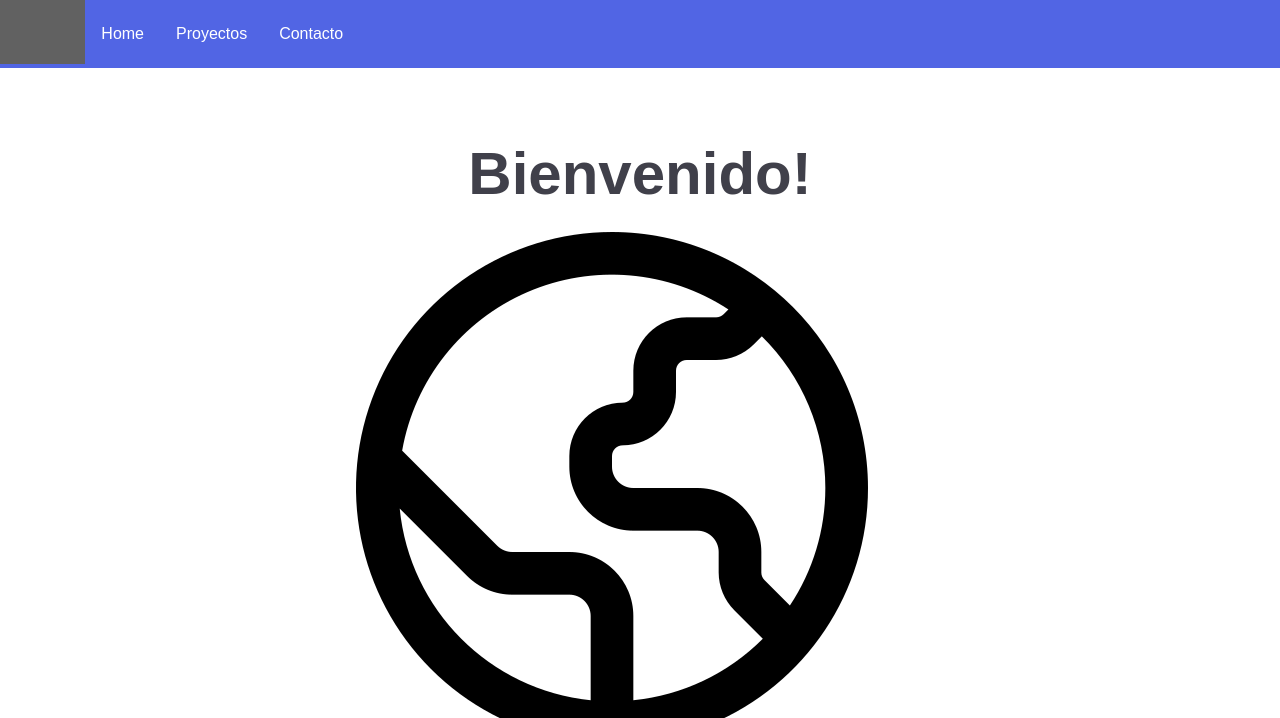
Repository: robsonmarkes/accesibilidad
Page: index.html
These files come from the project's save history. The page is drawn as it stood at one moment and after the next save; the edit follows.
The browser window is 1280 px wide. The pictures show the part of the page from y = 0 to 718 px (the page is 3310 px tall before and 2946 px after).
Pictures or frames that could not be fetched are drawn as grey boxes. A picture or video elsewhere on the page could not be fetched, so the positions and the page height are approximate.

Above is the page before, as saved 2022-10-13 10:33:43.

### index.html
<!DOCTYPE html>
<html lang="en">
<head>
    <meta charset="UTF-8">
    <meta http-equiv="X-UA-Compatible" content="IE=edge">
    <meta name="viewport" content="width=device-width, initial-scale=1.0">
    <title>Mi empresa portal</title>
    <link rel="stylesheet" href="style.css">
    <link rel="stylesheet" href="slides.css">
</head>
<body>
    <!-- wrong way -->
    <div class="wrap">
        <div class="header">
            <a href="http://google.com" class="logo">
                <img src="https://www.pngarts.com/files/3/Logo-PNG-Transparent-Image.png" alt="" srcset="">
            </a>
            <ul>
                <li>
                    <a href="#" target="_blank" rel="noopener noreferrer">Home</a>
                </li>
                <li>
                    <a href="#" target="_blank" rel="noopener noreferrer">Proyectos</a>
                </li>
                <li>
                    <a href="#" target="_blank" rel="noopener noreferrer">Contacto</a>
                </li>
            </ul>
        </div>
        <div class="content">
            <div class="article">
                <h1>Bienvenido!</h1>
                <img class="decorative-image" src="assets/world.png"/>
                <p>
                    Lorem Ipsum es simplemente el texto de relleno de las imprentas y archivos de texto. Lorem Ipsum ha sido el texto de relleno estándar de las industrias desde el año 1500, cuando un impresor (N. del T. persona que se dedica a la imprenta) desconocido usó una galería de textos y los mezcló de tal manera que logró hacer un libro de textos especimen. No sólo sobrevivió 500 años, sino que tambien ingresó como texto de relleno en documentos electrónicos, quedando esencialmente igual al original. Fue popularizado en los 60s con la creación de las hojas "Letraset", las cuales contenian pasajes de Lorem Ipsum, y más recientemente con software de autoedición, como por ejemplo Aldus PageMaker, el cual incluye versiones de Lorem Ipsum.
                </p>
                <div class="buttons">
                    <button class="primary">Empezar!</button>
                    <button class="secondary">Contacto</button>
                </div>
            </div>
            <hr />
            <div class="article">
                <div>
                    <h1>Nuestra empresa</h1>
                    <p>
                        Es un hecho establecido hace demasiado tiempo que un lector se distraerá con el contenido del texto de un sitio mientras que mira su diseño. El punto de usar Lorem Ipsum es que tiene una distribución más o menos normal de las letras, al contrario de usar textos como por ejemplo "Contenido aquí, contenido aquí". Estos textos hacen parecerlo un español que se puede leer. Muchos paquetes de autoedición y editores de páginas web usan el Lorem Ipsum como su texto por defecto, y al hacer una búsqueda de "Lorem Ipsum" va a dar por resultado muchos sitios web que usan este texto si se encuentran en estado de desarrollo. Muchas versiones han evolucionado a través de los años, algunas veces por accidente, otras veces a propósito (por ejemplo insertándole humor y cosas por el estilo).
                    </p>
                </div>
                <img src="https://cdn-dynmedia-1.microsoft.com/is/image/microsoftcorp/O2019-Hero-image-x2:VP1-539x440?resMode=sharp2&op_usm=1.5,0.65,15,0&wid=1920&hei=720&qlt=75&fit=constrain" alt="Empleados mirando sus nuevos proyectos">
            </div>
            <hr />

            <div class="article" id="projects">
                <div>
                    <h1>Proyectos</h1>
                    <p>
                        Mira algunos de nuestros proyectos!
                    </p>
                    <section class="slider-wrapper">
                        <button class="slide-arrow" id="slide-arrow-prev">
                          &#8249;
                        </button>
                        <button class="slide-arrow" id="slide-arrow-next">
                          &#8250;
                        </button>
                        <ul class="slides-container" id="slides-container">
                          <li class="slide">
                            <img src="https://www.unir.net/wp-content/uploads/2021/02/Pro1.jpg" alt="">
                          </li>
                          <li class="slide">
                            <img src="https://gerens.pe/blog/wp-content/uploads/2018/08/gestion-de-proyecto.jpg" alt="">
                          </li>
                          <li class="slide">
                            <img src="https://www.il3.ub.edu/blog/wp-content/uploads/2021/10/iStock-1279738776.jpg" alt="">
                          </li>
                          <li class="slide">
                            <img src="https://www.obsbusiness.school/sites/obsbusiness.school/files/images/tipos%20de%20proyectos-min_0.jpg" alt="">
                          </li>
                        </ul>
                      </section>
                </div>

            </div>
            <hr />

            <div class="article">
                <h1>¡Escribanos!</h1>
                <p>
                    Al contrario del pensamiento popular, el texto de Lorem Ipsum no es simplemente texto aleatorio..
                </p>
                <form action="">
                    <fieldset>
                        <legend>En formulário de ejemplo</legend>
                        <div class="form-group">
                            <label for="name">nombre:</label>
                            <input type="text" name="name" id="name" placeholder="Escriba su nombre">
                            <span class="validator hidden" id="validate-name"></span>
                        </div>
                        <div class="form-group">
                            <label for="email">correo:</label>
                            <input type="text" name="email" id="email" placeholder="Escriba su correo">
                            <span class="validator hidden" id="validate-email"></span>
                        </div>
                        <div class="form-group">
                            <label for="message">mensaje:</label>
                            <textarea name="message" id="message" cols="30" rows="10" placeholder="Escriba su mensaje"></textarea>
                            <span class="validator hidden" id="validate-message"></span>
                        </div>
                        <button id="send-message" disabled>Enviar!</button>
                    </fieldset>
                </form>
            </div>
        </div>
        <div class="footer">
            <span>Navegación rápida</span>
            <ul>
                <li>
                    <a href="#" target="_blank" rel="noopener noreferrer">Home</a>
                </li>
                <li>
                    <a href="#" target="_blank" rel="noopener noreferrer">Sobre</a>
                </li>
                <li>
                    <a href="#" target="_blank" rel="noopener noreferrer">Proyectos</a>
                </li>
                <li>
                    <a href="#" target="_blank" rel="noopener noreferrer">Contacto</a>
                </li>
            </ul>
        </div>

        <div class="background-modal close-modal" id="background-modal"></div>
        <div class="modal close-modal" id="modal">
            <span class="close-btn" id="close-btn">x</span>
            <h2 class="title">Estas seguro que quieres enviar?</h2>
            <span class="text">La acción no puede ser deshecha.</span>
            <div class="buttons">
                <button id="close-btn">¡Si!</button>
                <button id="close-btn">¡No!</button>
            </div>
        </div>

    </div>
</body>
<script src="scripts.js"></script>
</html>

### style.css
:root {
    --primary-bg: rgb(81, 101, 228);
    --primary-color: #ffffff;
    --secondary-bg: #ffffff;
    --secondary-color: rgb(64, 64, 74);
    --body-bg: rgb(64, 64, 74);
    --transition-time: 0.2s;
  }

body, * {
    margin: 0;
    padding: 0;
    list-style-type: none;
    text-decoration: none;
    font-family:Arial, Helvetica, sans-serif;
    color: var(--secondary-color);
    box-sizing: border-box;
}

body a:hover {
    color: var(--primary-color);
}

.wrap {
    width: 100%;
    height: auto;
    margin: 0 auto;

}

.wrap .header {
    display: flex;
    align-items: center;
    background-color: var(--primary-bg);
}

.wrap .header  img {
    filter: invert(100%);
    height: 64px;
}

.wrap .header ul {
    display: flex;
}
.wrap .header ul li {
    padding: 1rem;
}
.wrap .header a {
    color: var(--primary-color);
}

.wrap .content {
    width: 100%;
    min-width: 400px;
    margin: 0;
}

.wrap .content hr {
    color: var(--body-bg);
    opacity: 0.2;
}

.wrap .content .article {
    margin: 0 auto;
    padding: 64px 0 48px;
    max-width: 600px;
    line-height: 1.4;
}

.wrap .content .article h1, h2, h3 {
    font-size: 3.75rem;
    padding-bottom: 0.35;
    text-align: center;
}

.wrap .content .article p {
    font-size: 1rem;
    text-align: center;
    padding: 0 1rem 1rem;
}

.wrap .content .article img {
    margin: 0 auto;
    max-width: 100%;
    padding: 1rem;
}

.wrap .content .article .buttons {
    max-width: 220px;
    margin: 0 auto;
    display: flex;
}

.wrap .content .article .buttons button {
    font-size: 1rem;
    padding: 0.5rem 1rem;
    margin: 4px;
    border: 2px solid;
    border-radius: 4px;
    cursor: pointer;
    background-color: transparent;
}

.wrap .content .article .buttons button.primary {
    background-color: var(--primary-color);
    color: var(--primary-bg);
    transition: var(--transition-time) background-color;
}

.wrap .content .article .buttons button.primary:hover {
    background-color: var(--primary-bg);
    color: var(--primary-color);
    border-color: var(--primary-bg);
}

.wrap .content .article .buttons button.secondary {
    background-color: var(--secondary-color);
    color: var(--secondary-bg);
    border-color: var(--secondary-color);
    transition: var(--transition-time) background-color;
}

.wrap .content .article .buttons button.secondary:hover {
    background-color: var(--secondary-bg);
    color: var(--secondary-color);
    border-color: var(--secondary-color);
}

.wrap .content .article form {
    width: 100%;
    margin: 0 auto;
}

.wrap .content .article form fieldset {
    display: flex;
    flex-direction: column;
    align-items: center;
    border-color: transparent;
}

.wrap .content .article form fieldset legend {
    opacity: 0;
    font-size: 0px;
}

.wrap .content .article form .form-group {
    width: 100%;
    display: block;
}

.wrap .content .article form .form-group label {
    opacity: 0;
    font-size: 0px;
}

.wrap .content .article form .form-group input, .wrap .content .article form .form-group textarea {
    font-size: 1rem;
    padding: 0.8rem 1rem;
    margin: 0.5rem;
    border: 2px solid #ddd;
    border-radius: 6px;
    width: 90%;
}

.wrap .content .article form fieldset button {
    font-size: 1rem;
    width: 160px;
    margin: 0 auto;
    padding: 0.5rem 1rem;
    margin: 4px;
    border: 2px solid;
    border-radius: 4px;
    cursor: pointer;
    background-color: var(--primary-color);
    color: var(--primary-bg);
    transition: var(--transition-time) background-color;
}

.wrap .content .article form fieldset button:hover {
    background-color: var(--primary-bg);
    color: var(--primary-color);
    border-color: var(--primary-bg);
}

.wrap .content .article form fieldset button[disabled] {
    background: rgb(184, 181, 181);
    color: rgb(102, 100, 100);
}

.wrap .content .article form fieldset .validator {
    font-size: 0.8rem;
    margin-left: 1rem;
    color: red;
}

.wrap .content .article form fieldset .hidden {
    display: none;
}


.wrap .footer {
    display: flex;
    flex-direction: column;
    align-items: center;
    padding: 1rem;
    background-color: var(--primary-bg);
}

.wrap .footer span {
    color: var(--primary-color);
    font-size: small;
    padding-bottom: 1rem;
}

.wrap .footer  ul {
    display: flex;
}

.wrap .footer  ul li a {
    color: var(--primary-color);
    padding: 1rem;
}

/* modal */

.wrap .background-modal {
    width: 100%;
    height: 100%;
    top: 0;
    left: 0;
    opacity: 0.4;
    position: fixed;
    background-color: black;
    z-index: 2;
}

.wrap .modal {
    width: 600px;
    height: 268px;
    position: fixed;
    top: 12%;
    left: calc((100vw - 600px)/2);
    background-color:#fff;
    z-index: 3;
    margin: 0 auto;
}

.wrap .modal .title, .wrap .modal .text {
    text-align: center;
}

.wrap .modal .title {
    font-size: 2rem;
    padding: 3rem 2rem;
}

.wrap .modal .text {
    display: block;
    font-size: 1.5rem;
    color:rgb(89, 89, 93)
}

.wrap .modal .buttons {
    width: 142px;
    margin: 0 auto;
    display: flex;
}

.wrap .modal .buttons button {
    padding: 0.4rem 1rem;
    margin: 1rem 4px;
    font-size: 1rem;
    border: 2px solid;
    border-radius: 4px;
    cursor: pointer;
    background-color: var(--primary-color);
    color: var(--primary-bg);
    transition: var(--transition-time) background-color;
}

.wrap .modal .buttons button:hover {
    background-color: var(--primary-bg);
    color: var(--primary-color);
    border-color: var(--primary-bg);
}

.wrap .modal .close-btn {
    font-size: 1.2rem;
    position: absolute;
    top: 6px;
    left: calc(600px - 20px);
    cursor: pointer;
    color: var(--secondary-color);
    transition: var(--transition-time) color;
}

.wrap .modal .close-btn:hover {
    color: var(--primary-bg);
}

.close-modal {
    visibility: hidden;
}

### slides.css
#projects {
    max-width: 70%;
}

#projects .slide img {
    width: 100%;
    height: 100%;
    padding: 0;
}


.slider-wrapper {
    margin: 1rem;
    position: relative;
    overflow: hidden;
  }

  .slides-container {
    /* height: calc(100vh - 2rem); */
    height: 394px;
    width: 100%;
    display: flex;
    overflow: scroll;
    scroll-behavior: smooth;
    list-style: none;
    margin: 0;
    padding: 0;
  }

  .slide-arrow {
    position: absolute;
    display: flex;
    top: 0;
    bottom: 0;
    margin: auto;
    height: 4rem;
    background-color: white;
    border: none;
    width: 2rem;
    font-size: 3rem;
    padding: 0;
    cursor: pointer;
    opacity: 0.5;
    transition: opacity 100ms;
  }

  .slide-arrow:hover,
  .slide-arrow:focus {
    opacity: 1;
  }

  #slide-arrow-prev {
    left: 0;
    padding-left: 0.25rem;
    border-radius: 0 2rem 2rem 0;
  }

  #slide-arrow-next {
    right: 0;
    padding-left: 0.75rem;
    border-radius: 2rem 0 0 2rem;
  }

  .slide {
    width: 100%;
    height: 100%;
    flex: 1 0 100%;
    margin: 0;
    padding: 0;
  }

  .slide:nth-child(1) {
    background-color: #49b293;
  }

  .slide:nth-child(2) {
    background-color: #b03532;
  }

  .slide:nth-child(3) {
    background-color: #6a478f;
    margin: 0;
  }

  .slide:nth-child(4) {
    background-color: #da6f2b;
  }

### scripts.js
const init = () => {
    const backgroundModal = document.querySelector(`#background-modal`);
    const modal = document.querySelector(`#modal`);
    const sendButton = document.querySelector(`#send-message`);
    const closeBtn = document.querySelectorAll(`#close-btn`);
    const hiddenClass = `close-modal`;

    const form = document.querySelectorAll(`input[type="text"], textarea`);

    const validForm = (input) => {

        const message = document.querySelector(`#validate-${input[`name`]}`);

        const showMessage = (messageText) => {
            message.innerHTML = messageText
            message.classList.contains(`hidden`) ? message.classList.remove(`hidden`) : null;
        };

        const hideMessage = () => {
            message.innerHTML = ``
            !message.classList.contains(`hidden`) ? message.classList.add(`hidden`) : null;
        };

        const validateName = (input) => {
            input.value.length > 2 ? hideMessage() : showMessage(`El campo nome no puede estar vacío`);
            return input.value.length > 2;
        };

        const validateEmail = (input) => {
            const validMail = String(input.value)
            .toLowerCase()
            .match(/^(([^<>()[\]\\.,;:\s@"]+(\.[^<>()[\]\\.,;:\s@"]+)*)|(".+"))@((\[[0-9]{1,3}\.[0-9]{1,3}\.[0-9]{1,3}\.[0-9]{1,3}\])|(([a-zA-Z\-0-9]+\.)+[a-zA-Z]{2,}))$/);
            !validMail ? showMessage(`Correo inválido.`) : hideMessage();
            return !validMail ? false : true;
        };

        const validateMessage = (input) => {
            input.value.length < 5 ? showMessage(`Mensaje demasiado corto.`) : hideMessage();
            return input.value.length > 5 ? true : false;
        };

        if(input[`name`] == `name`) {
            return validateName(input);
        }

        if(input[`name`] == `email`) {
            return validateEmail(input);
        }

        if(input[`name`] == `message`) {
            return validateMessage(input);
        }

    }

    const toggleModal = (event) => {
        event.preventDefault();
        if(backgroundModal.classList.contains(hiddenClass) && modal.classList.contains(hiddenClass)) {
            backgroundModal.classList.remove(hiddenClass);
            modal.classList.remove(hiddenClass);
        } else {
            backgroundModal.classList.add(hiddenClass);
            modal.classList.add(hiddenClass);
        }
    };

    //listeners
    form.forEach(input => {
        input.addEventListener(`keyup`, _ => {
            validForm(input) ? sendButton.removeAttribute(`disabled`) : sendButton.setAttribute(`disabled`, true);
        });
    });

    sendButton.addEventListener(`click`, e => {
        const sentences = [];
        form.forEach(input => sentences.push(validForm(input)));
        if(!sentences.includes(false)) {
            sendButton.removeAttribute(`disabled`);
            toggleModal(e);
        } else {
            sendButton.setAttribute(`disabled`, true);
        }
    });

    closeBtn.forEach(btn => btn.addEventListener(`click`, toggleModal));


    //slides
    const slidesContainer = document.getElementById("slides-container");
    const slide = document.querySelector(".slide");
    const prevButton = document.getElementById("slide-arrow-prev");
    const nextButton = document.getElementById("slide-arrow-next");

    nextButton.addEventListener("click", () => {
        const slideWidth = slide.clientWidth;
        slidesContainer.scrollLeft += slideWidth;
    });

    prevButton.addEventListener("click", () => {
        const slideWidth = slide.clientWidth;
        slidesContainer.scrollLeft -= slideWidth;
    });

};

document.addEventListener(`DOMContentLoaded`, init);

After the next save:
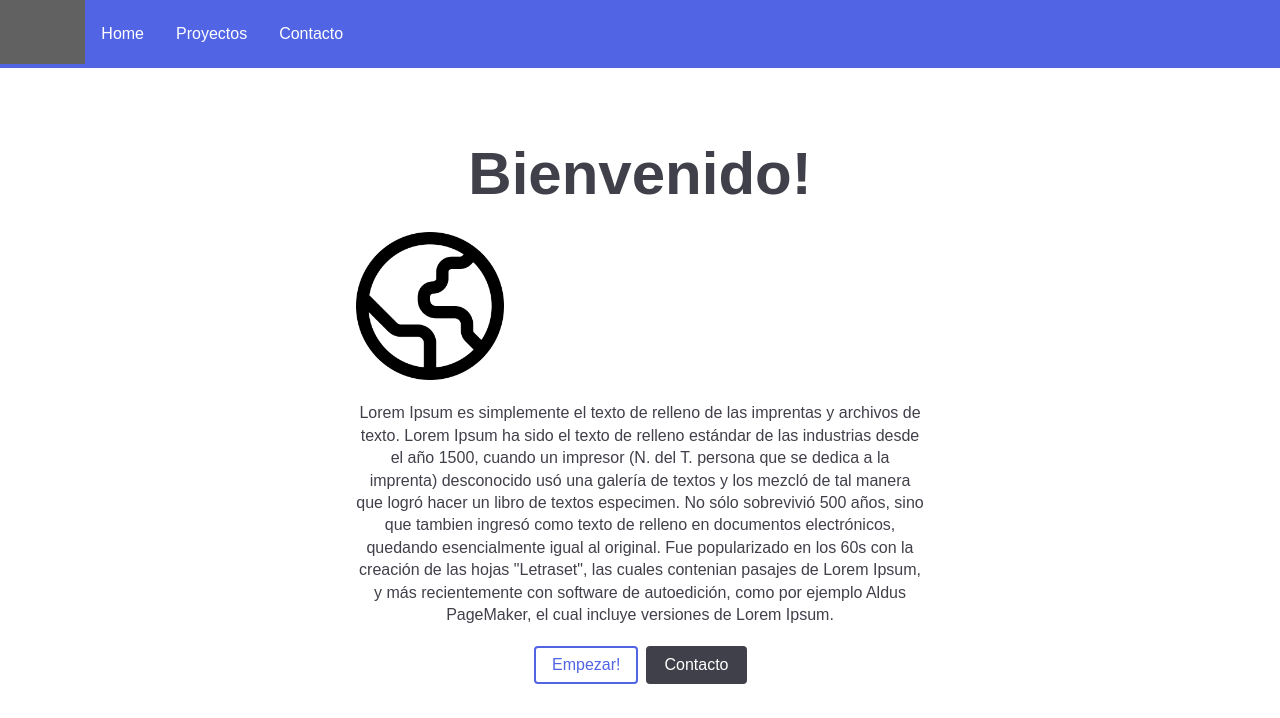
Saved 49 s later.
--- a/style.css
+++ b/style.css
@@ -85,6 +85,10 @@ body a:hover {
     padding: 1rem;
 }
 
+.wrap .content .article .decorative-image {
+    max-width: 30%;
+}
+
 .wrap .content .article .buttons {
     max-width: 220px;
     margin: 0 auto;
